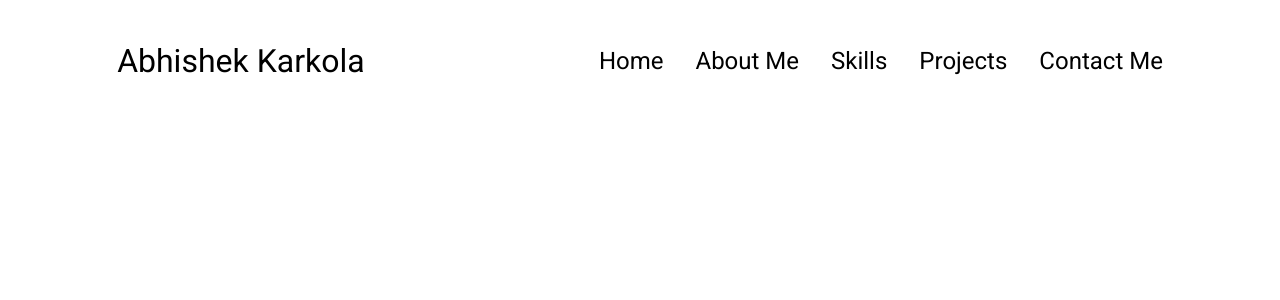
Repository: APersonalVoyage/APersonalVoyage.github.io
Page: index.html
An editor plug-in stored every save of this project. The page is shown before and after the next save, followed by the edit.
The browser window is 1280 px wide. The pictures show the whole page.

Above is the page before, as saved 2023-08-23 17:23:29.

After the next save:
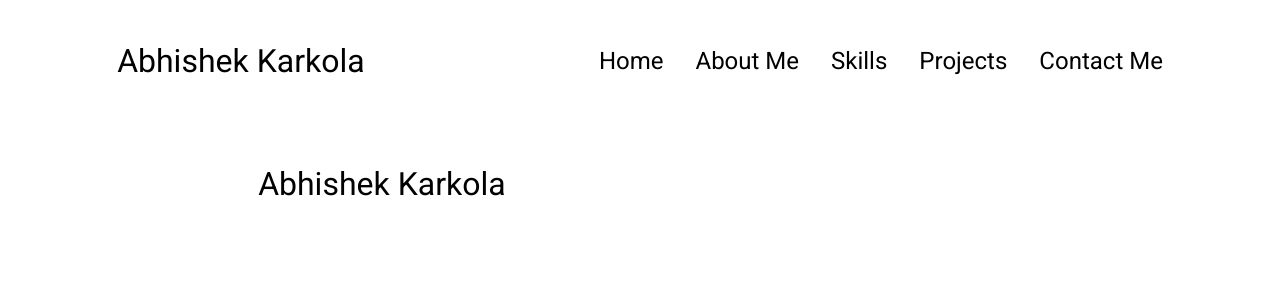
Saved 3 min 50 s later.
--- a/index.html
+++ b/index.html
@@ -19,6 +19,16 @@
             </u1>
         </div>
     </nav>
+    <nav id="hamburger-nav">
+        <div class= "logo">Abhishek Karkola</div>
+        <div id="hamburger-menu">
+            <div class = "hamburger-icon" onclick="toggleMenu()">
+                <span></span>
+                <span></span>
+                <span></span>
+            </div>
+            <div></div>
+        </div>
     <script src="script.js"></script>
 </body>
 </html>
